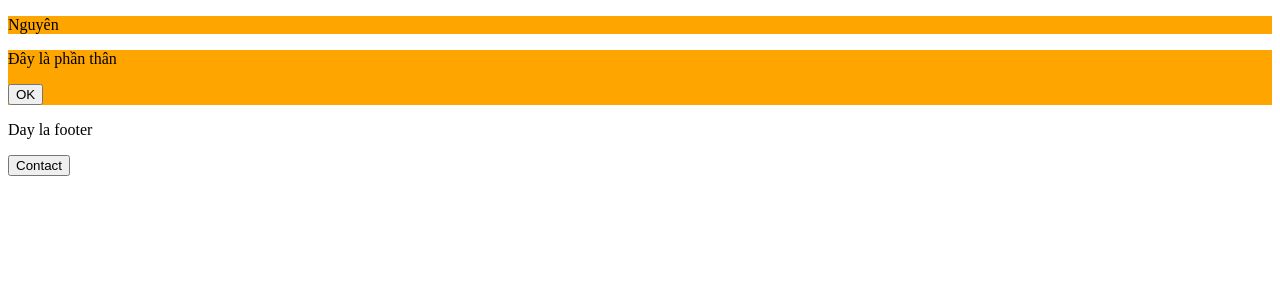
Repository: nguyenary/LeanSASS
Page: index.html
An editor plug-in stored every save of this project. The page is shown before and after the next save, followed by the edit.
The browser window is 1280 px wide. The pictures show the whole page.
The style sheet was rebuilt from its Sass, Less or Tailwind sources for each picture, by a compiler version that may differ from the author's.

Above is the page before, as saved 2021-09-04 22:45:53.

### index.html
<!DOCTYPE html>
<html lang="en">
<head>
    <meta charset="UTF-8">
    <meta http-equiv="X-UA-Compatible" content="IE=edge">
    <meta name="viewport" content="width=device-width, initial-scale=1.0">
    <link rel="stylesheet" href="style/index.css">
    <title>Document</title>
</head>
<body>
    <header>
        <p>Nguyên</p>
    </header>
    <section>
        <p>Đây là phần thân</p>
        <button class="btn">OK</button>
    </section>
    <footer>
        <p>Day la footer</p>
        <button>Contact</button>
    </footer>
</body>
</html>

### style/index.scss
$main-color: orange;
@import 'header';

section {
    background-color: $main-color;
}

### style/header.scss
header {
    background-color: $main-color;
}

After the next save:
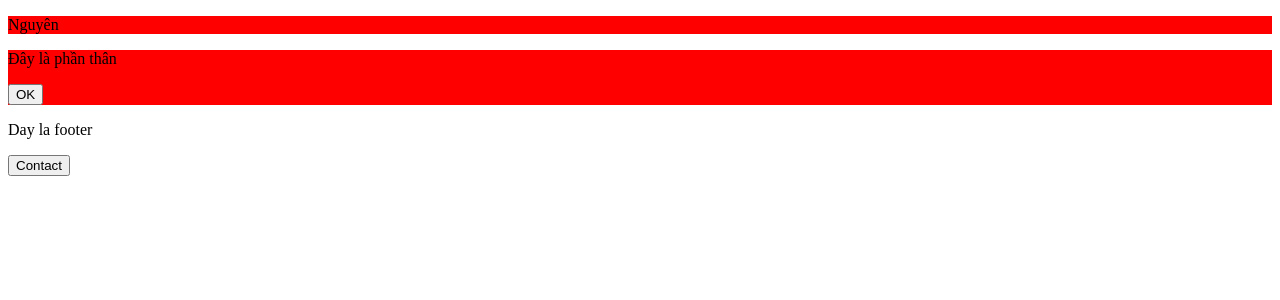
Saved 14 s later.
--- a/style/index.scss
+++ b/style/index.scss
@@ -1,4 +1,4 @@
-$main-color: orange;
+$main-color: red;
 @import 'header';
 
 section {
